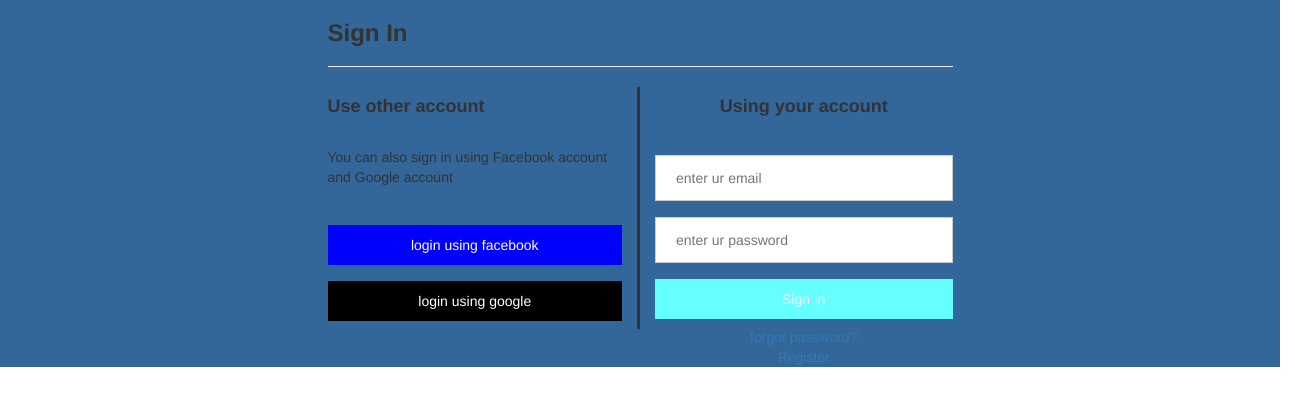
Repository: sujay-a-v/FunctionalPrograms
Page: http://localhost/CollegeApp/Signin.jsp
These files come from the project's save history. The page is drawn as it stood at one moment and after the next save; the edit follows.
The browser window is 1280 px wide. The page is 1295 px wide, so the pictures cover 1295 px, including what lies to the right of the window. The pictures show the whole page.
Some web libraries are served in a nearby version. The page is served by Tomcat 9.

Above is the page before, as saved 2017-10-29 05:38:07.
Console error: ReferenceError: $ is not defined

After the next save:
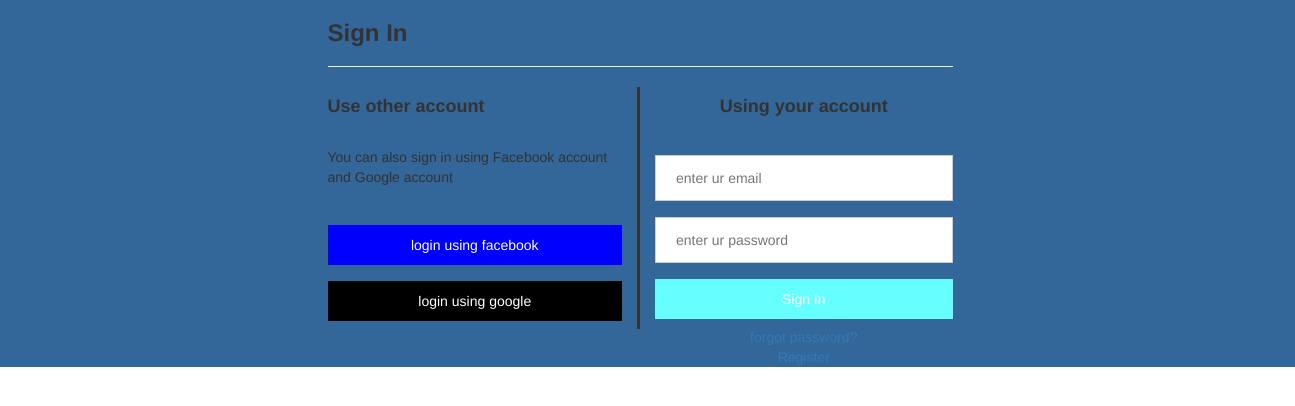
Saved 28 s later.
--- a/Sujay/Servlet/CollegeApp/WebContent/Signin.jsp
+++ b/Sujay/Servlet/CollegeApp/WebContent/Signin.jsp
@@ -40,10 +40,10 @@ if(error!=null || error!="")
 
 <!-- <div class="container"> -->
 	<!-- <form name="loginpage" action="Verify" method="post"> -->
-		<div align="center" style="background-color: #336699">
+		<div align="center" >
 
 
-				<div class="row" >
+				<div class="row" style="background-color: #336699">
 					<div class="col-sm-3"></div>
 					<div class="col-sm-6">
 						<h3 align="left"><b>Sign In</b></h3>
